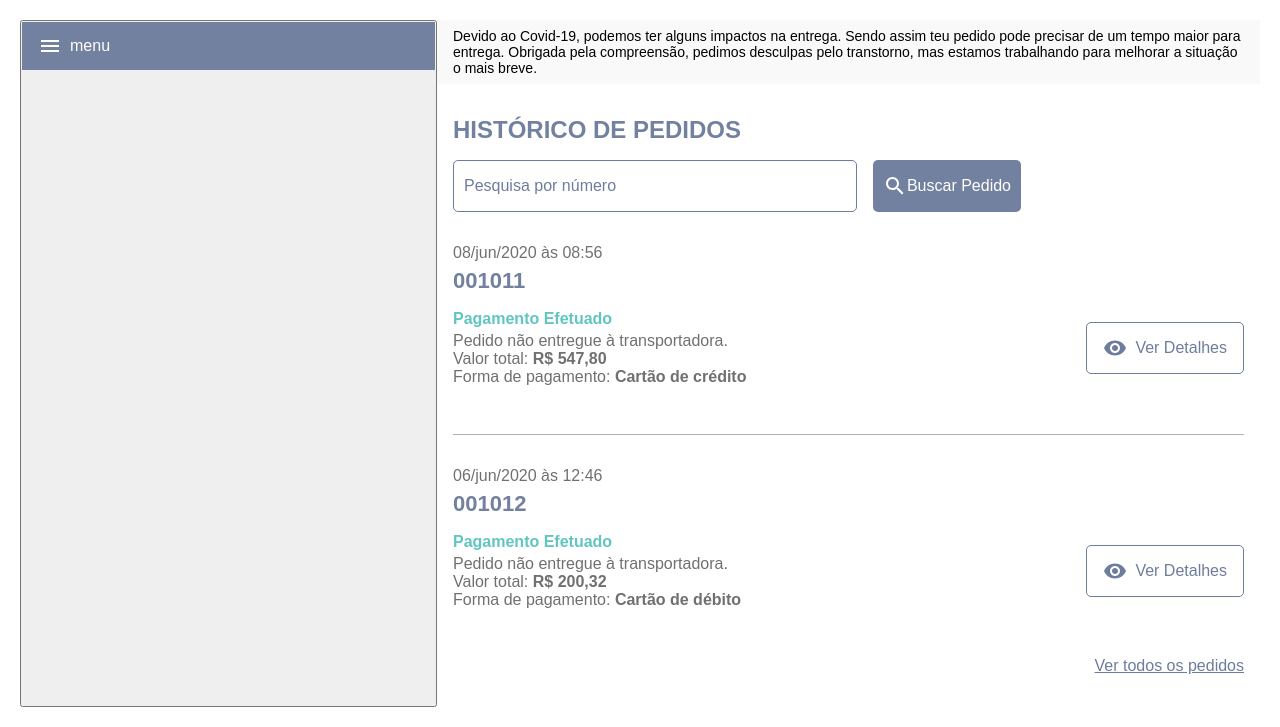
Repository: indiamarasiqueira/gestao-produto
Page: /
These files come from the project's save history. The page is drawn as it stood at one moment and after the next save; the edit follows.
The browser window is 1280 px wide. The pictures show the whole page.
The project was rebuilt for these pictures with package versions that can differ from the ones it lists, and the page was loaded fresh each time. Also part of the build but not shown: src/pages/generic/style.js, src/pages/generic/index.js, src/components/ModalMenu/index.js.

Above is the page before, as saved 2020-07-07 11:45:46.

### src/global.js
import { createGlobalStyle } from "styled-components";

const GlobalStyle = createGlobalStyle`
    * {
        margin: 0;
        padding: 0;
        outline: 0;
        box-sizing: border-box;
    }
   html, body, #root {
    margin: 0;
    padding: 0;
    font-family: 'Montserrat', sans-serif;
    -webkit-font-smoothing: antialiased;
    -moz-osx-font-smoothing: grayscale;
    background-color: #ffffff;
    }
`;
export default GlobalStyle;

### src/routes.js
import React from "react";
import { BrowserRouter, Switch, Route } from "react-router-dom";

import GenericPage from "./pages/generic";
// import AppMenu from "./components/AppMenu";
import OrderHistory from "./pages/orderHistory";
import AlertCovid from "./components/AlertCovid";

export default function Routes() {
  return (
    <BrowserRouter>
      <Switch>
        <Route path="*">
          {/* <AppMenu />
          <AlertCovid /> */}
          <Route path="/perfil" exact component={() => <GenericPage title="Meu Perfil" />} />
          <Route path="/localizacao" exact component={() => <GenericPage title="Meus endereços" />} />
          <Route path="/favoritos" exact component={() => <GenericPage title="Lista de favoritos" />} />
          <Route path={["/", "/pedidos"]} exact component={OrderHistory} />
        </Route>
      </Switch>
    </BrowserRouter>
  );
}

### src/pages/orderHistory/index.js
import React, { Fragment, useState } from "react";

import { OrderMenu, MenuApp } from "./style";

import AppMenu from '../../components/AppMenu'
import AlertCovid from "../../components/AlertCovid";
import HeaderTitle from "../../components/HeaderTitle";
import BoxSearch from "../../components/BoxSearch/index";
import Order from "../../components/Order/index";


const OrderHistory = () => {
  const [value, setValue] = useState("");
  const [query, setQuery] = useState("");
  const handleChange = (e) => setValue(e.target.value);

  const handleSubmit = (e) => {
    e.preventDefault();
    setQuery(value);
  };

  return (
    <OrderMenu>
      <MenuApp>
        <AppMenu />
      </MenuApp>
      <div>
        <AlertCovid />
        <HeaderTitle>HISTÓRICO DE PEDIDOS</HeaderTitle>
        <BoxSearch value={value} handleChange={handleChange} handleSubmit={handleSubmit} />
        <Order query={query} />
      </div>
    </OrderMenu>
  );
};
export default OrderHistory;

### src/components/AlertCovid/index.js
import React from "react";

import { Alert } from './style';

const AlertCovid = () => {
  return (
    <Alert>
      Devido ao Covid-19, podemos ter alguns impactos na entrega. Sendo assim teu pedido pode precisar de um tempo maior
      para entrega. Obrigada pela compreensão, pedimos desculpas pelo transtorno, mas estamos trabalhando para melhorar
      a situação o mais breve.
    </Alert>
  );
};
export default AlertCovid;

### src/components/HeaderTitle/index.js
import React from "react";

import { Title } from "./style";

const HeaderTitle = (props) => {
  return <Title>{props.children}</Title>;
};
export default HeaderTitle;

### src/pages/orderHistory/style.js
import styled from "styled-components";

export const OrderMenu = styled.div`
  display: grid;
  justify-content: center;
  grid-template-columns: 1fr 3fr ;
  padding: 20px;
  height: 100%;

   @media all and ( max-width: 1250px) {
    display: flex;
    flex-direction: column;

    padding: 40px 0;
  }
`;
export const MenuApp = styled.div`

`;

### src/components/AppMenu/index.js
import React, { useState } from "react";
import { useHistory } from "react-router-dom";

import MenuIcon from "@material-ui/icons/Menu";
import LockOpenIcon from "@material-ui/icons/LockOpen";
import HistoryIcon from "@material-ui/icons/History";
import RoomOutlinedIcon from "@material-ui/icons/RoomOutlined";
import FavoriteBorderIcon from "@material-ui/icons/FavoriteBorder";
import CloseIcon from "@material-ui/icons/Close";

import ModalMenu from "../ModalMenu/index";

import {
  MenuMain,
  Button,
  BoxIcon,
  MainMenu,
  UserInfo,
  UserInfoName,
  UserInfoEmail,
  MenuList,
  MenuListItem,
  MenuIconImage,
} from "./style";

const AppMenu = () => {
  const history = useHistory();
  const [show, showModal] = useState(false);
  const navigate = (route) => {
    history.push(route);
    showModal(false);
  };

  return (
    <MenuMain>
      <Button onClick={() => showModal(!show)}>
        <BoxIcon>{show ? <CloseIcon /> : <MenuIcon />}</BoxIcon>
        menu
      </Button>
      <ModalMenu show={show}>
        <MainMenu>
          <UserInfo>
            <UserInfoName>Caroline Melinda W Effting</UserInfoName>
            <UserInfoEmail>effting.caroline@gmail.com</UserInfoEmail>
          </UserInfo>
          <MenuList>
            <MenuListItem onClick={() => navigate("/perfil")}>
              <MenuIconImage>
                <LockOpenIcon />
              </MenuIconImage>
              <span className="menu-label">meu perfil</span>
            </MenuListItem>
            <MenuListItem onClick={() => navigate("/pedidos")}>
              <MenuIconImage>
                <HistoryIcon />
              </MenuIconImage>
              <span className="menu-label">histórico de pedidos</span>
            </MenuListItem>
            <MenuListItem onClick={() => navigate("/localizacao")}>
              <MenuIconImage>
                <RoomOutlinedIcon />
              </MenuIconImage>
              <span className="menu-label">meus endereços</span>
            </MenuListItem>
            <MenuListItem onClick={() => navigate("/favoritos")}>
              <MenuIconImage>
                <FavoriteBorderIcon />
              </MenuIconImage>
              <span className="menu-label">lista de favoritos</span>
            </MenuListItem>
          </MenuList>
        </MainMenu>
      </ModalMenu>
    </MenuMain>
  );
};
export default AppMenu;

### src/components/BoxSearch/index.js
import React from "react";

import { Box, InputText, ButtonSearch } from "./style";
import SearchIcon from "@material-ui/icons/Search";

const BoxSearch = (props) => {
  return (
    <Box onSubmit={props.handleSubmit}>
      <InputText
        type="number"
        placeholder="Pesquisa por número"
        value={props.value}
        onChange={props.handleChange}
      />
      <ButtonSearch type="submit">
        <SearchIcon />
        <span className="search-text">Buscar Pedido</span>
      </ButtonSearch>
    </Box>
  );
};
export default BoxSearch;

### src/components/Order/index.js
import React, { useState } from "react";

import VisibilityIcon from "@material-ui/icons/Visibility";
import orderData from '../../db.json'

import {
  Empty,
  OrderList,
  OrderListItem,
  OrderDate,
  OrderId,
  OrderBox,
  OrderInfo,
  OrderStatus,
  ButtonOutline,
  OrderAll,
} from "./style";

const findOrder = (detail, query) => {
  const list = orderData.data;

  if (query){
    const regex = new RegExp(query);

    return list.filter(item => regex.test(item.id))
  }

  return detail ? orderData.data : orderData.data.slice(0, 2);
}


const Order = ({query}) => {
  const [detail, setDetail] = useState(false);
  const list = findOrder(detail, query)

  if (!list.length) {
    return <Empty>nenhum pedido encontrado :(</Empty>
  }

  return (
    <OrderList>
      {list.map((item, key) => (
        <OrderListItem key={key}>
          <OrderDate>{item.date}</OrderDate>
          <OrderId>{item.id}</OrderId>
          <OrderBox>
            <OrderInfo>
              <OrderStatus>{item.title}</OrderStatus>
              <p>
                {item.description}
                <br />
                Valor total: <b>R$ {item.price} </b>
                <br />
                Forma de pagamento: <b>{item.payment}</b>
              </p>
            </OrderInfo>
            <ButtonOutline>
              <VisibilityIcon />
              Ver Detalhes
            </ButtonOutline>
          </OrderBox>
        </OrderListItem>
      ))}
      {!detail && <OrderAll onClick={setDetail}>Ver todos os pedidos</OrderAll>}
    </OrderList>
  );
};
export default Order;

### src/components/AlertCovid/style.js
import styled from "styled-components";


// Main Page
export const Alert = styled.div`
  background: #f9f9f9;
  padding: 8px 16px;
  font-size: 14px;
`;

### src/components/HeaderTitle/style.js
import styled from "styled-components";

export const Title = styled.h1`
  color: #7281a0;
  padding: 16px;
  margin-top: 16px;
  font-weight: bold;
  font-size: 24px;
`;

### src/components/AppMenu/style.js
import styled from "styled-components";

export const MenuMain = styled.button`
  @media all and (min-width: 600px) {

    display: flex;
    align-items: start;
    justify-content: start;
    flex-direction: column;
    width: 417px;
    height: 100%;

  }
`;
export const Button = styled.button`
  display: flex;
  align-items: center;
  justify-content: start;
  padding: 12px 16px;
  border: none;
  background: #7281A0;
  width: 100%;
  color: #ffffff;
  font-size: 16px;
  transition: all 0.2s ease-out;
  height: 48px;

  :hover{
    color: #7281A0;
    background: #F4F4F4;
  }

`;
export const BoxIcon = styled.div`
  display: inline-block;
  margin-right: 8px;
  height: 24px;
`;
export const MainMenu = styled.div`
  color: #717171;
  padding: 0 16px;
  border-bottom: 1px solid rgba(0, 0, 0, 0.3);
  position: fixed;
  top: 48px;
  left: 0;
  right: 0;
  bottom: 0;
  background: #fff;

   @media all and (min-width: 600px) {
    border-right: 1px solid rgba(0, 0, 0, 0.3);
    display: flex;
    align-items: start;
    justify-content: start;
    flex-direction: column;
    width: 417px;
    height: 100%;
    position: fixed;
    font-size: 16px;
  }
`;

// User
export const UserInfo = styled.div`
  padding: 16px 0;
`;
export const UserInfoName = styled.p`
  margin-bottom: 8px;
`;
export const UserInfoEmail = styled.p``;
// Menu
export const MenuList = styled.nav`
    @media all and (min-width: 600px) {

    width: 400px;
    height: 100%;

  }
`;

export const MenuListItem = styled.a`
  display: flex;
  align-items: center;
  padding: 16px 0;
  border-top: 1px solid rgba(0, 0, 0, 0.3);

  :hover{
    color: #707070;
    background: #F4F4F4;
  }
`;
export const MenuIconImage = styled.i`
  padding-left: 4px;
  padding-right: 16px;
`;

### src/components/BoxSearch/style.js
import styled from "styled-components";

export const Box = styled.form`
  padding: 0 16px;
  display: flex;
  align-items: center;
  justify-content: space-between;
  max-width: 600px;

`;
export const InputText = styled.input`
  flex: 1;
  color: #7281a0;
  height: 52px;
  border-radius: 5px;
  border: 1px solid #6e7d9d;
  font-size: 16px;
  padding-left: 10px;

  ::placeholder {
    color: #6e7d9d;
  }
`;
export const ButtonSearch = styled.button`
  background: #7281a0;
  border-radius: 5px;
  height: 52px;
  border: none;
  margin-left: 16px;
  padding: 10px;
  color: #ffffff;
  font-size: 16px;
  display: flex;
  align-items: center;
  justify-content: center;

  @media all and (max-width: 600px){
    .search-text{
      display: none;
    }
  }
`;

### src/db.json
{
  "data": [
    {
      "id": "001011",
      "date": "08/jun/2020 às 08:56",
      "title": "Pagamento Efetuado",
      "description": "Pedido não entregue à transportadora.",
      "price": "547,80",
      "payment": "Cartão de crédito"

    },
    {
      "id": "001012",
      "date": "06/jun/2020 às 12:46",
      "title": "Pagamento Efetuado",
      "description": "Pedido não entregue à transportadora.",
      "price": "200,32",
      "payment": "Cartão de débito"
    },
    {
      "id": "001013",
      "date": "04/jun/2020 às 09:30",
      "title": "Pagamento Efetuado",
      "description": "Pedido não entregue à transportadora.",
      "price": "150,60",
      "payment": "Cartão de crédito"
    },
    {
      "id": "001014",
      "date": "29/mai/2020 às 17:30",
      "title": "Pagamento Efetuado",
      "description": "Pedido não entregue à transportadora.",
      "price": "83,58",
      "payment": "Cartão de débito"
    }
  ]

}

### src/components/Order/style.js
import styled from "styled-components";

export const Empty = styled.div`
  padding: 16px;
  color: #ccc;
  text-align: center;
`;
export const OrderList = styled.div`
  padding: 0 16px;
`;
export const OrderListItem = styled.div`
  padding: 32px 0;
  border-top: 1px solid rgba(0, 0, 0, 0.3);

  &:first-of-type {
    border-top-width: 0;
  }

`;
export const OrderDate = styled.p`
  color: #707070;
  font-size: 16px;
`;
export const OrderId = styled.p`
  padding-top: 6px;
  color: #7281a0;
  font-size: 22px;
  font-weight: bold;
`;
export const OrderBox = styled.div`

  @media all and (min-width: 600px){
    display: flex;
    align-items: center;
  }
`;
export const OrderInfo = styled.div`
  flex: 1;
  margin: 16px 0;
  color: #707070;

`;
export const OrderStatus = styled.p`
  color: #61c5c0;
  margin-bottom: 4px;
  font-weight: bold;
`;
export const ButtonOutline = styled.div`
  border-radius: 5px;
  border: 1px solid #6e7d9d;
  height: 52px;
  display: flex;
  align-items: center;
  justify-content: center;
  color: #6e7d9d;
  padding: 8px 16px;

  svg {
    margin-right: 8px;
  }

`;
export const OrderAll = styled.button`
  color: #6E7D9D;
  margin-bottom: 32px;
  background: none;
  border: none;
  text-decoration: underline;
  width: 100%;
  display: flex;
  align-items: center;
  justify-content: flex-end;
  font-size: 16px;
`;

Loaded but not shown: public/index.html (common file); src/index.js (common file)

After the next save:
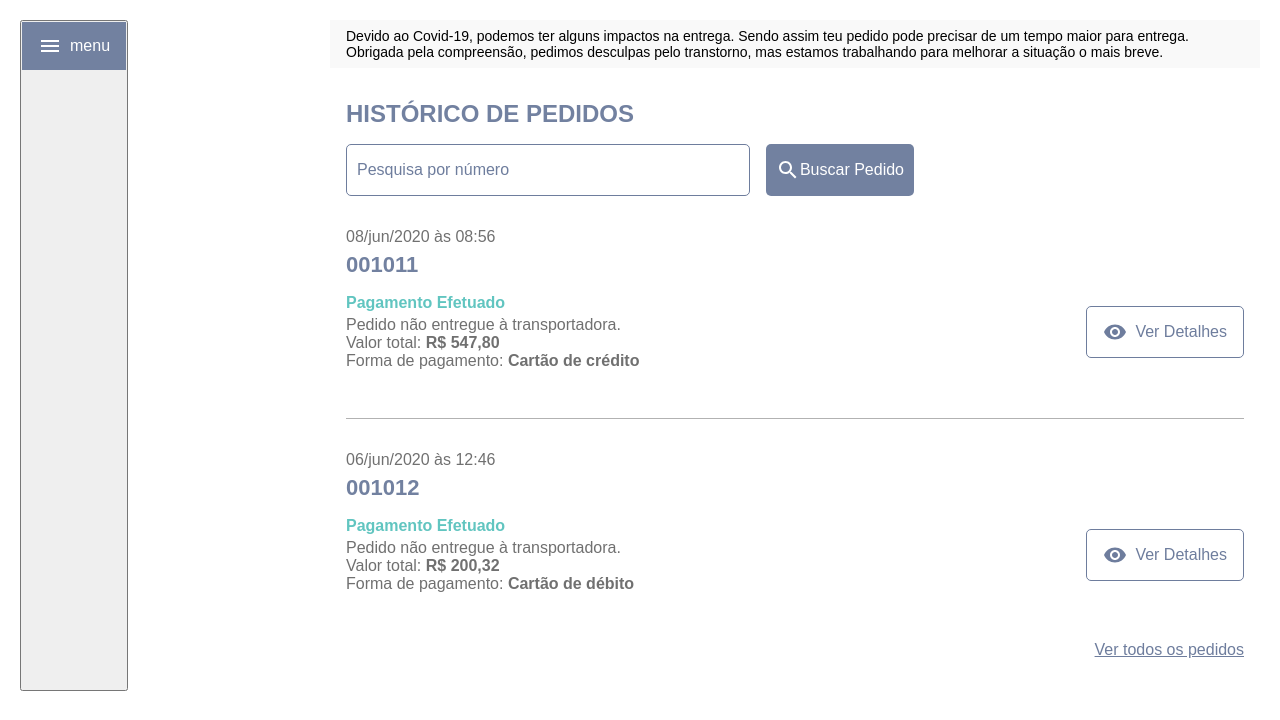
Saved 13 s later.
--- a/src/components/AppMenu/style.js
+++ b/src/components/AppMenu/style.js
@@ -7,7 +7,7 @@ export const MenuMain = styled.button`
     align-items: start;
     justify-content: start;
     flex-direction: column;
-    width: 417px;
+    width: auto;
     height: 100%;
 
   }
